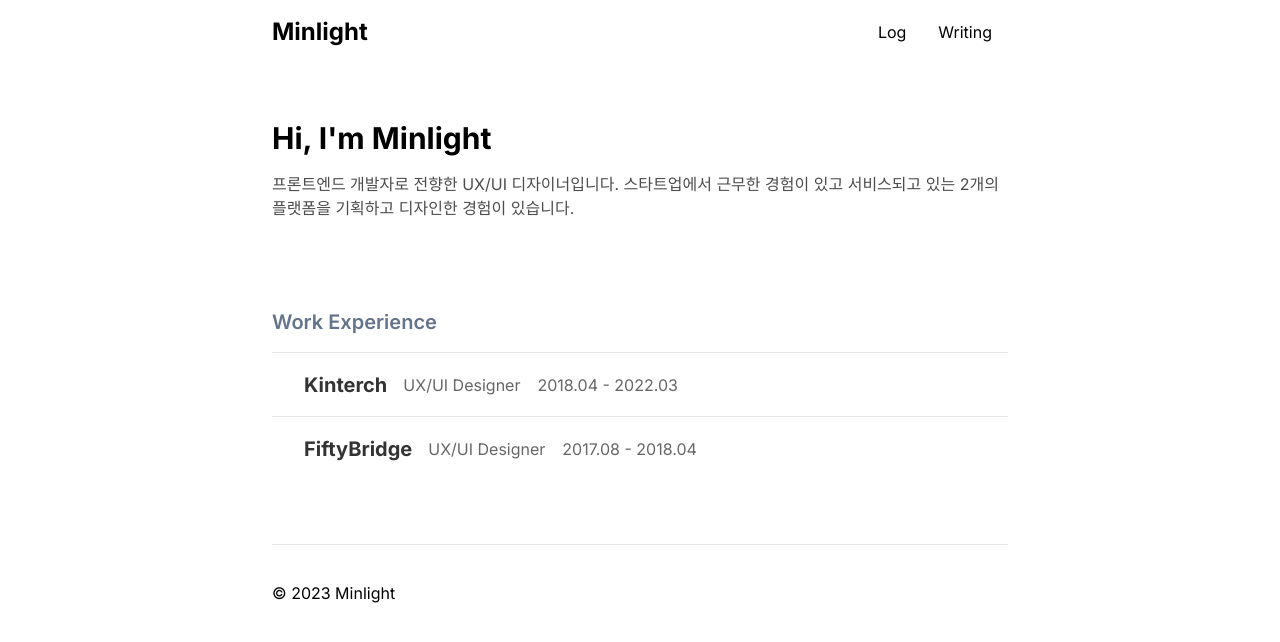
Repository: kwngmin/minlight-log
Page: /
These files come from the project's save history. The page is drawn as it stood at one moment and after the next save; the edit follows.
The browser window is 1280 px wide. The pictures show the whole page.
The project was rebuilt for these pictures with package versions that can differ from the ones it lists, and the page was loaded fresh each time. The framework's server and built-in components were replaced by stand-ins that run in the browser. Also part of the build but not shown: next.config.js.

Above is the page before, as saved 2023-04-04 16:16:59.

### src/app/layout.tsx
import "./globals.css";
import Footer from "@/components/Footer";
import Header from "@/components/Header";

import { Inter } from "next/font/google";
const inter = Inter({ subsets: ["latin"] });

export const metadata = {
  title: {
    default: "Minlight",
    template: "Minlight | %s",
  },
  description: "Minlight log",
};

export default function RootLayout({
  children,
}: {
  children: React.ReactNode;
}) {
  return (
    <html lang="en" className={inter.className}>
      <body className="flex flex-col max-w-screen-md mx-auto px-4">
        <Header />
        <main className="">{children}</main>
        <Footer />
      </body>
    </html>
  );
}

### src/app/page.tsx
import Table from "@/components/Table";
import Title from "@/components/Title";

const titleData = {
  title: `Hi, I'm Minlight`,
  description: `프론트엔드 개발자로 전향한 UX/UI 디자이너입니다. 스타트업에서 근무한
경험이 있고 서비스되고 있는 2개의 플랫폼을 기획하고 디자인한 경험이 있습니다.`,
};

const careerData = [
  {
    head: "Kinterch",
    content: "UX/UI Designer",
    period: "2018.04 - 2022.03",
  },
  {
    head: "FiftyBridge",
    content: "UX/UI Designer",
    period: "2017.08 - 2018.04",
  },
];

const educateData = [
  {
    head: "CodeStates",
    content: "Software Engineering Bootcamp · Frontend",
    period: "2022.06 - 2022.12",
  },
  {
    head: "IDAS, Hongik Univeristy",
    content: "Digital Media Design Major · Master of Design",
    period: "2013.03 - 2015.02",
  },
  {
    head: "Kangnam University",
    content: "Visual Design Major · Bachelor of Fine Arts",
    period: "2005.03 - 2012.02",
  },
];

export default function Home() {
  return (
    <section>
      <Title titleData={titleData} />
      <Table tableData={careerData} subject="Work Experience" />
    </section>
  );
}

### src/app/globals.css
@tailwind base;
@tailwind components;
@tailwind utilities;

* {
  box-sizing: border-box;
  padding: 0;
  margin: 0;
}
/*
:root {
  --max-width: 1100px;
  --border-radius: 12px;
  --font-mono: ui-monospace, Menlo, Monaco, "Cascadia Mono", "Segoe UI Mono",
    "Roboto Mono", "Oxygen Mono", "Ubuntu Monospace", "Source Code Pro",
    "Fira Mono", "Droid Sans Mono", "Courier New", monospace;

  --foreground-rgb: 0, 0, 0;
  --background-start-rgb: 214, 219, 220;
  --background-end-rgb: 255, 255, 255;

  --primary-glow: conic-gradient(
    from 180deg at 50% 50%,
    #16abff33 0deg,
    #0885ff33 55deg,
    #54d6ff33 120deg,
    #0071ff33 160deg,
    transparent 360deg
  );
  --secondary-glow: radial-gradient(
    rgba(255, 255, 255, 1),
    rgba(255, 255, 255, 0)
  );

  --tile-start-rgb: 239, 245, 249;
  --tile-end-rgb: 228, 232, 233;
  --tile-border: conic-gradient(
    #00000080,
    #00000040,
    #00000030,
    #00000020,
    #00000010,
    #00000010,
    #00000080
  );

  --callout-rgb: 238, 240, 241;
  --callout-border-rgb: 172, 175, 176;
  --card-rgb: 180, 185, 188;
  --card-border-rgb: 131, 134, 135;
}

@media (prefers-color-scheme: dark) {
  :root {
    --foreground-rgb: 255, 255, 255;
    --background-start-rgb: 0, 0, 0;
    --background-end-rgb: 0, 0, 0;

    --primary-glow: radial-gradient(rgba(1, 65, 255, 0.4), rgba(1, 65, 255, 0));
    --secondary-glow: linear-gradient(
      to bottom right,
      rgba(1, 65, 255, 0),
      rgba(1, 65, 255, 0),
      rgba(1, 65, 255, 0.3)
    );

    --tile-start-rgb: 2, 13, 46;
    --tile-end-rgb: 2, 5, 19;
    --tile-border: conic-gradient(
      #ffffff80,
      #ffffff40,
      #ffffff30,
      #ffffff20,
      #ffffff10,
      #ffffff10,
      #ffffff80
    );

    --callout-rgb: 20, 20, 20;
    --callout-border-rgb: 108, 108, 108;
    --card-rgb: 100, 100, 100;
    --card-border-rgb: 200, 200, 200;
  }
}

* {
  box-sizing: border-box;
  padding: 0;
  margin: 0;
}

html,
body {
  max-width: 100vw;
  overflow-x: hidden;
}

body {
  color: rgb(var(--foreground-rgb));
  background: linear-gradient(
      to bottom,
      transparent,
      rgb(var(--background-end-rgb))
    )
    rgb(var(--background-start-rgb));
}

a {
  color: inherit;
  text-decoration: none;
}

@media (prefers-color-scheme: dark) {
  html {
    color-scheme: dark;
  }
} */

### src/components/Footer.tsx
export default function Footer() {
  return (
    <section className="h-24 flex items-center border-t mt-8">
      © 2023 Minlight
    </section>
  );
}

### src/components/Header.tsx
import Link from "next/link";

const navList = [
  { name: "Log", url: "/log" },
  { name: "Writing", url: "/log" },
];

export default function Header() {
  return (
    <section className="h-16 flex items-center justify-between">
      <Link href="/" className="text-2xl font-bold">
        Minlight
      </Link>
      <nav className="">
        {navList.map(({ name, url }) => (
          <Link href={url} key={name} className="px-4">
            {name}
          </Link>
        ))}
      </nav>
    </section>
  );
}

### src/components/Table.tsx
type Props = {
  tableData: {
    head: string;
    content: string;
    period: string;
  }[];
  subject: string;
};

export default function Table({ tableData, subject }: Props) {
  return (
    <article className="my-8">
      <h2 className="text-center lg:text-left text-xl font-semibold text-slate-500 pb-8 lg:pb-4">
        {subject}
      </h2>
      <ul>
        {tableData.map(({ head, content, period }) => (
          <li
            key={head}
            className="flex flex-col justify-center lg:justify-start lg:flex-row items-center h-28 lg:h-16 border-t gap-0 lg:gap-4 px-4 lg:px-8"
          >
            <h3 className="font-bold text-xl text-black/80">{head}</h3>
            <section className="text-black/60 text-center lg:text-left flex items-center">
              {content}
              <span className="border-l text-xs mx-2 border-slate-400 shrink-0 " />
              {period}
            </section>
          </li>
        ))}
      </ul>
    </article>
  );
}

### src/components/Title.tsx
type TitleData = {
  title: string;
  description: string;
};
export default function Title({ titleData }: { titleData: TitleData }) {
  const { title, description } = titleData;
  return (
    <div className="py-14">
      <h1 className="text-3xl font-bold mb-4">{title}</h1>
      <p className="text-black/70 break-keep">{description}</p>
    </div>
  );
}

Loaded but not shown: tailwind.config.js (common file)

After the next save:
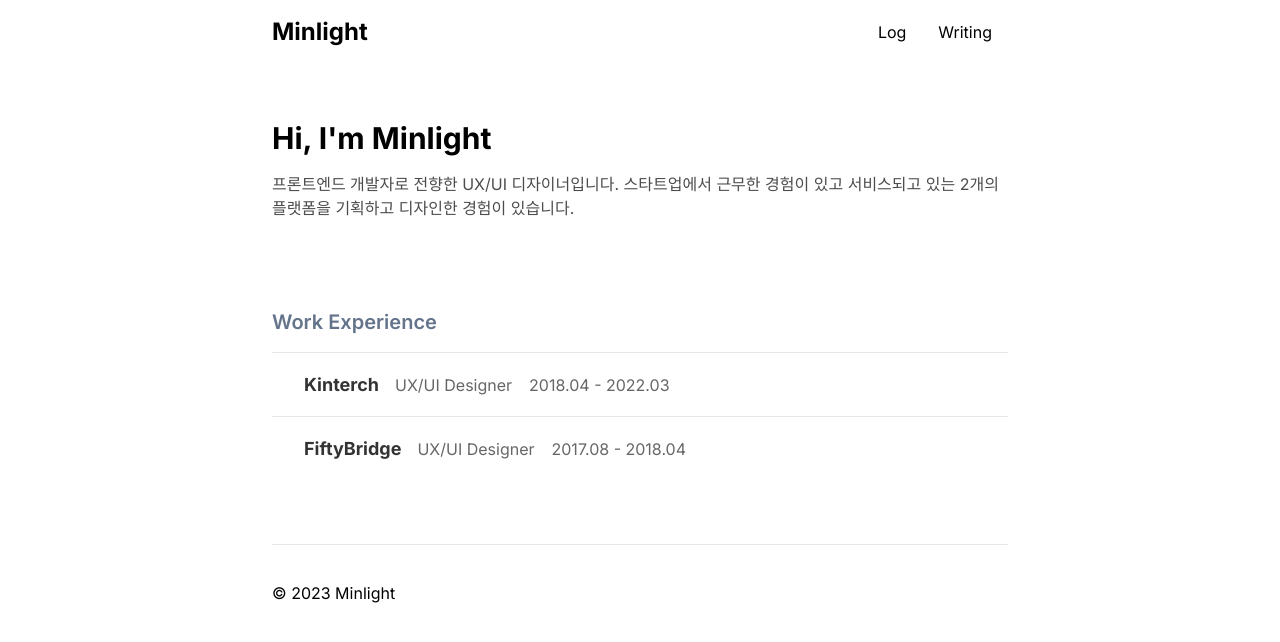
Saved 38 s later.
--- a/src/components/Table.tsx
+++ b/src/components/Table.tsx
@@ -19,7 +19,7 @@ export default function Table({ tableData, subject }: Props) {
             key={head}
             className="flex flex-col justify-center lg:justify-start lg:flex-row items-center h-28 lg:h-16 border-t gap-0 lg:gap-4 px-4 lg:px-8"
           >
-            <h3 className="font-bold text-xl text-black/80">{head}</h3>
+            <h3 className="font-bold text-lg text-black/80">{head}</h3>
             <section className="text-black/60 text-center lg:text-left flex items-center">
               {content}
               <span className="border-l text-xs mx-2 border-slate-400 shrink-0 " />
